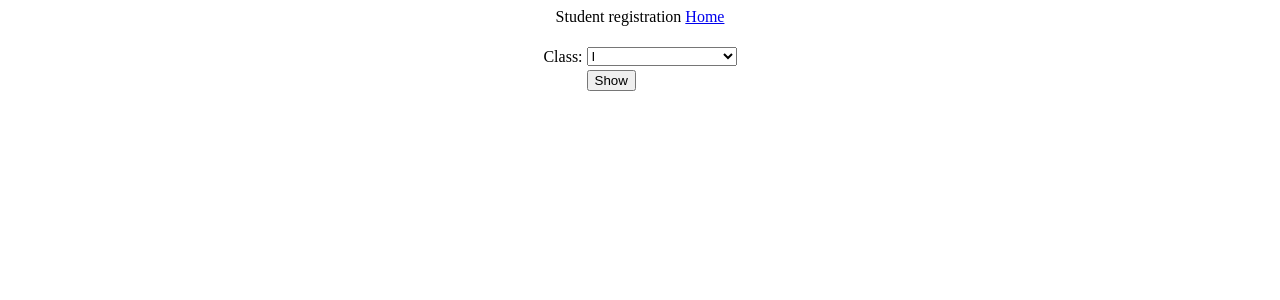
Repository: priyankagit8692/Phase_2_SimpliLearn-
Page: http://localhost/LearnerAcademyProject/viewStudent
The author's editor kept a copy of each file at every save. The page is drawn from the files as they stood at one save, then again after the next save.
The browser window is 1280 px wide. The pictures show the whole page.
The page is served by Tomcat 9.

Above is the page before, as saved 2021-03-20 15:23:39.

After the next save:
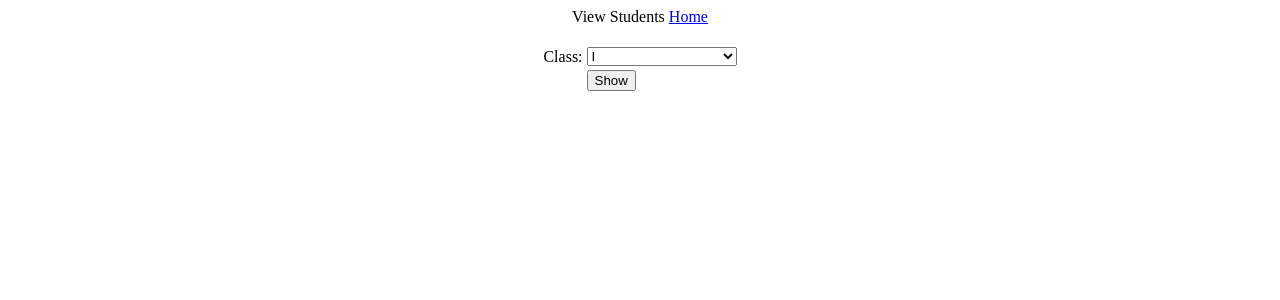
Saved 88 s later.
--- a/FinalProjectPhase2/LearnerAcademyProject/src/com/learneracademy/ViewStudent.java
+++ b/FinalProjectPhase2/LearnerAcademyProject/src/com/learneracademy/ViewStudent.java
@@ -21,7 +21,7 @@ public class ViewStudent extends HttpServlet {
 
         PrintWriter out = response.getWriter();
         out.println("<div align='center'");
-        out.println("<h1>Student registration</h1>");
+        out.println("<h1>View Students</h1>");
         out.print("<a href='MainHomePage.jsp'>Home</a><br><br>");
         out.print("<form action='viewStudent' method='post'>");
         out.print("<table>");
